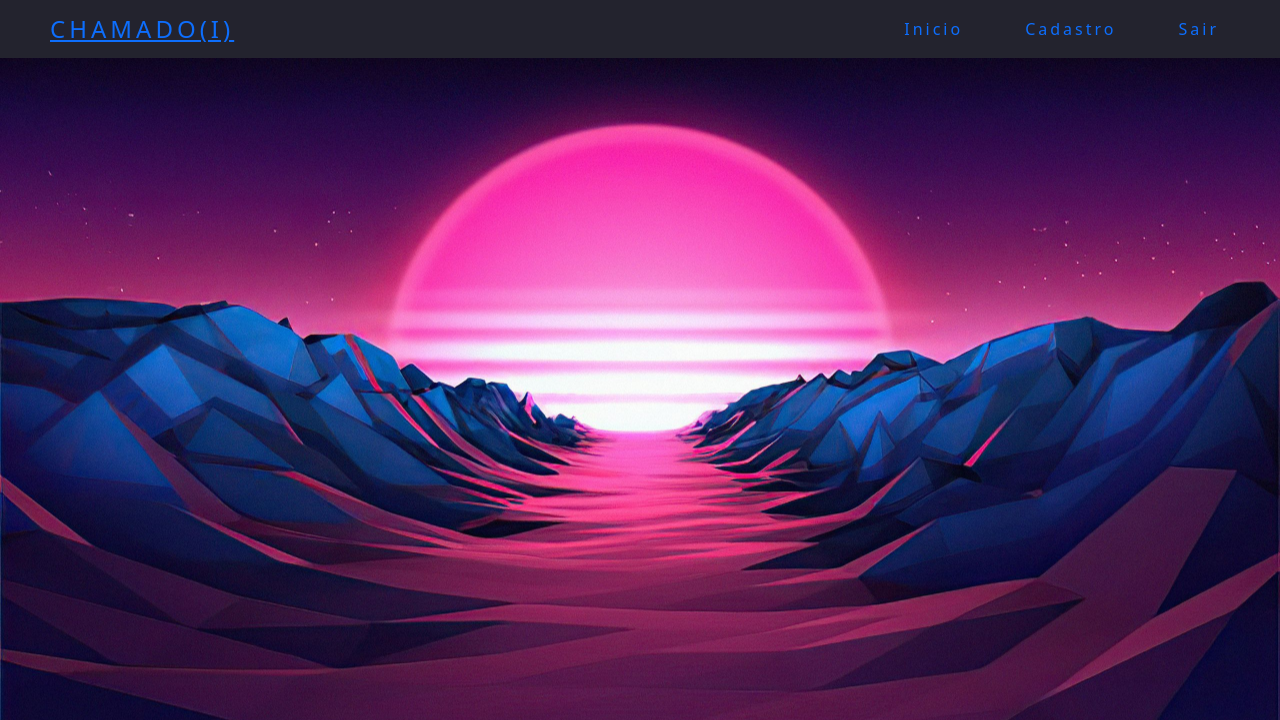
Repository: isaquemc2001/isaque-utilities
Page: index.html
These files come from the project's save history. The page is drawn as it stood at one moment and after the next save; the edit follows.
The browser window is 1280 px wide. The pictures show the whole page.

Above is the page before, as saved 2021-10-28 13:12:18.

### index.html
<!DOCTYPE html>
<html lang="pt-br">

<head>
    <meta charset="UTF-8" />
    <meta http-equiv="X-UA-Compatible" content="IE=edge" />
    <meta name="viewport" content="width=device-width, initial-scale=1.0" />

    <!--Style CSS-->
    <link rel="stylesheet" href="style.css" />

    <!--BOOTSTRAP-->
    <link href="https://cdn.jsdelivr.net/npm/bootstrap@5.0.2/dist/css/bootstrap.min.css" rel="stylesheet"
        integrity="sha384-EVSTQN3/azprG1Anm3QDgpJLIm9Nao0Yz1ztcQTwFspd3yD65VohhpuuCOmLASjC" crossorigin="anonymous">
    <script src="https://cdn.jsdelivr.net/npm/bootstrap@5.0.2/dist/js/bootstrap.bundle.min.js"
        integrity="sha384-MrcW6ZMFYlzcLA8Nl+NtUVF0sA7MsXsP1UyJoMp4YLEuNSfAP+JcXn/tWtIaxVXM"
        crossorigin="anonymous"></script>

    <title>Navbar</title>
</head>

<body>
    <header>
        <nav>
            <a class="logo" href="/">Chamado(i)</a>
            <div class="mobile-menu">
                <div class="line1"></div>
                <div class="line2"></div>
                <div class="line3"></div>
            </div>
            <ul class="nav-list">
                <li><a href="#" class="nav-link mt-3 d-flex">Inicio</a></li>
                <li><a href="#" class="nav-link mt-3 d-flex">Cadastro</a></li>
                <li><a href="#" class="nav-link mt-3 d-flex">Sair</a></li>
                <li></li>
            </ul>
        </nav>
    </header>
    <main></main>
    <script src="mobile_navbar.js"></script>
</body>

</html>

### style.css
* {
    margin: 0;
    padding: 0;
}

a {
    color: #fff;
    text-decoration: none;
    transition: 0.3s;
}

a:hover {
    opacity: 0.7;
    color: #d3d3d3;
}

.logo {
    font-size: 24px;
    text-transform: uppercase;
    letter-spacing: 4px;
    margin-left: 50px;
}

nav {
    display: flex;
    justify-content: space-between;
    align-items: center;
    font-family: system-ui, -apple-system, Helvetica, Arial, sans-serif;
    background: #23232e;
    height: 8vh;
}

main {
    background: url("bg.jpg") no-repeat center center;
    background-size: cover;
    height: 92vh;
}

.nav-list {
    list-style: none;
    display: flex;
}

.nav-list li {
    letter-spacing: 3px;
    padding: 15px;

}

.mobile-menu {
    display: none;
    cursor: pointer;
    margin-right: 30px;
}

.mobile-menu div {
    width: 32px;
    height: 2px;
    background: #fff;
    margin: 8px;
    transition: 0.3s;
}

@media (max-width: 999px) {
    body {
        overflow-x: hidden;
    }
    .nav-list {
        position: absolute;
        top: 8vh;
        right: 0;
        width: 50vw;
        height: 92vh;
        background: #23232e;
        flex-direction: column;
        align-items: center;
        transform: translateX(100%);
        transition: transform 0.3s ease-in;
    }
    .nav-list li {
        margin-left: 0;
        opacity: 0;
        margin-top: 50px;
        margin-right: 15px;
    }
    .mobile-menu {
        display: block;
    }
}

.nav-list.active {
    transform: translateX(0);
}

@keyframes navLinkFade {
    from {
        opacity: 0;
        transform: translateX(50px);
    }
    to {
        opacity: 1;
        transform: translateX(0);
    }
}

.mobile-menu.active .line1 {
    transform: rotate(-45deg) translate(-8px, 8px);
}

.mobile-menu.active .line2 {
    opacity: 0;
}

.mobile-menu.active .line3 {
    transform: rotate(45deg) translate(-6px, -6px);
}

### mobile_navbar.js
class MobileNavbar {
    constructor(mobileMenu, navList, navLinks) {
      this.mobileMenu = document.querySelector(mobileMenu);
      this.navList = document.querySelector(navList);
      this.navLinks = document.querySelectorAll(navLinks);
      this.activeClass = "active";

      this.handleClick = this.handleClick.bind(this);
    }

    animateLinks() {
      this.navLinks.forEach((link, index) => {
        link.style.animation
          ? (link.style.animation = "")
          : (link.style.animation = `navLinkFade 0.5s ease forwards ${
              index / 7 + 0.3
            }s`);
      });
    }

    handleClick() {
      this.navList.classList.toggle(this.activeClass);
      this.mobileMenu.classList.toggle(this.activeClass);
      this.animateLinks();
    }

    addClickEvent() {
      this.mobileMenu.addEventListener("click", this.handleClick);
    }

    init() {
      if (this.mobileMenu) {
        this.addClickEvent();
      }
      return this;
    }
  }

  const mobileNavbar = new MobileNavbar(
    ".mobile-menu",
    ".nav-list",
    ".nav-list li",
  );
  mobileNavbar.init();

After the next save:
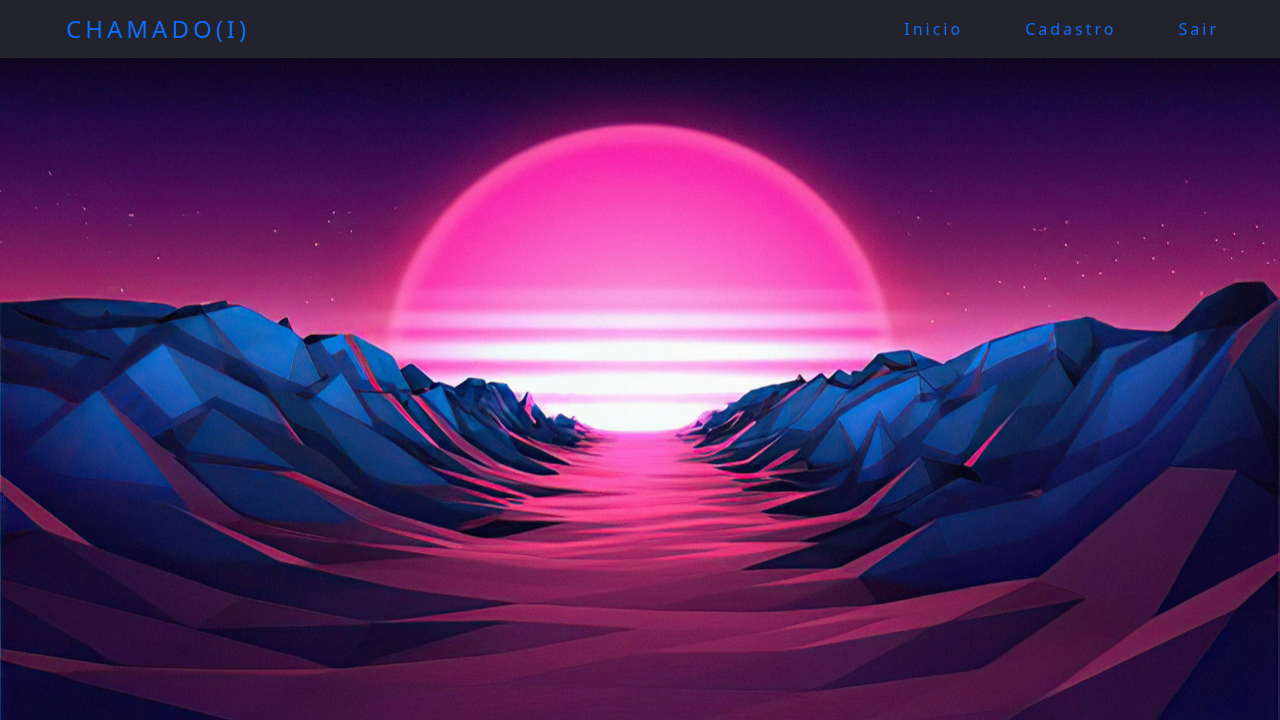
Saved 4 s later.
--- a/index.html
+++ b/index.html
@@ -22,7 +22,7 @@
 <body>
     <header>
         <nav>
-            <a class="logo" href="/">Chamado(i)</a>
+            <a class="logo nav-link" href="/">Chamado(i)</a>
             <div class="mobile-menu">
                 <div class="line1"></div>
                 <div class="line2"></div>
